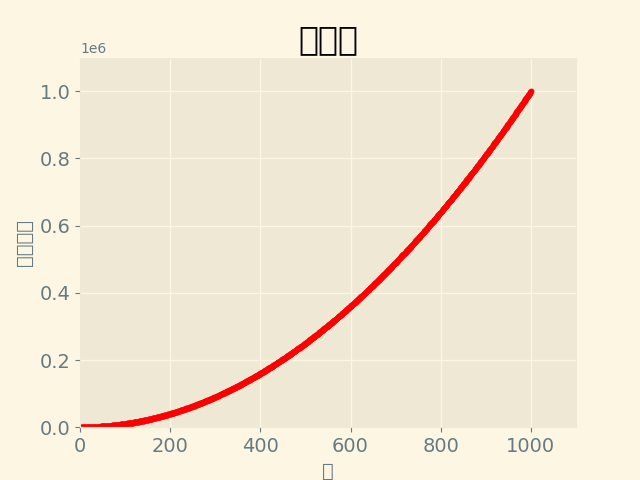
Repository: wh-debug/Matplotlib
Script's output: python make_scatter.py
These files come from the project's save history. The script's output is drawn as it stood at one moment and after the next save; the edit follows.
Random numbers start from a fixed seed.

Above is the script's output before, as saved 2021-02-23 15:25:01.

### make_scatter.py
'''
Author: your name
Date: 2021-02-20 08:00:13
LastEditTime: 2021-02-23 15:25:01
LastEditors: Please set LastEditors
Description: In User Settings Edit
FilePath: \Matplotlib\make_scatter.py
'''
import matplotlib.pyplot as plt

x_value = range(1, 1001)
y_value = [x**2 for x in x_value] #todo 使用for循环来进行计算

plt.style.use('Solarize_Light2')
fig, ax = plt.subplots()
ax.scatter(x_value, y_value, c='red', s=10) #todo 其中s=200是指定点的大小 也可以指定曲线颜色。也可以指定RGB颜色

ax.set_title("平方数", fontsize=24)
ax.set_xlabel("值", fontsize=14)
ax.set_ylabel("值的平方", fontsize=14)

ax.tick_params(axis='both', which='major', labelsize=14)

ax.axis([0, 1100, 0, 1100000]) #todo 设置每个坐标轴的取值范围
plt.show()

After the next save:
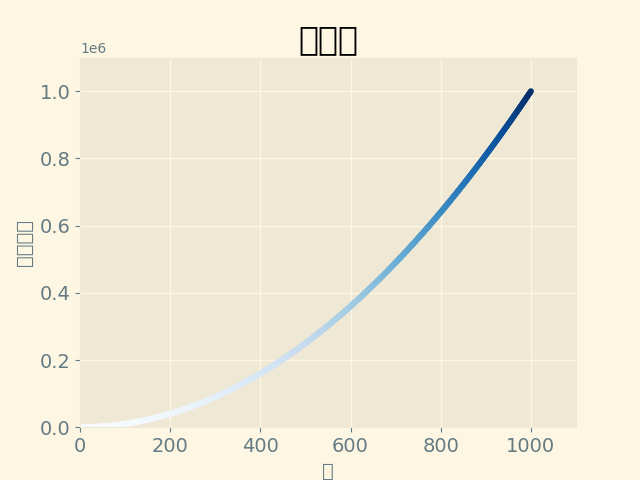
Saved 2 min 2 s later.
--- a/make_scatter.py
+++ b/make_scatter.py
@@ -1,7 +1,7 @@
 '''
 Author: your name
 Date: 2021-02-20 08:00:13
-LastEditTime: 2021-02-23 15:25:01
+LastEditTime: 2021-02-23 15:27:03
 LastEditors: Please set LastEditors
 Description: In User Settings Edit
 FilePath: \Matplotlib\make_scatter.py
@@ -13,7 +13,7 @@ y_value = [x**2 for x in x_value] #todo 使用for循环来进行计算
 
 plt.style.use('Solarize_Light2')
 fig, ax = plt.subplots()
-ax.scatter(x_value, y_value, c='red', s=10) #todo 其中s=200是指定点的大小 也可以指定曲线颜色。也可以指定RGB颜色
+ax.scatter(x_value, y_value, c=y_value, cmap=plt.cm.Blues, s=10) #todo 其中s=200是指定点的大小 也可以指定曲线颜色。也可以指定RGB颜色
 
 ax.set_title("平方数", fontsize=24)
 ax.set_xlabel("值", fontsize=14)
